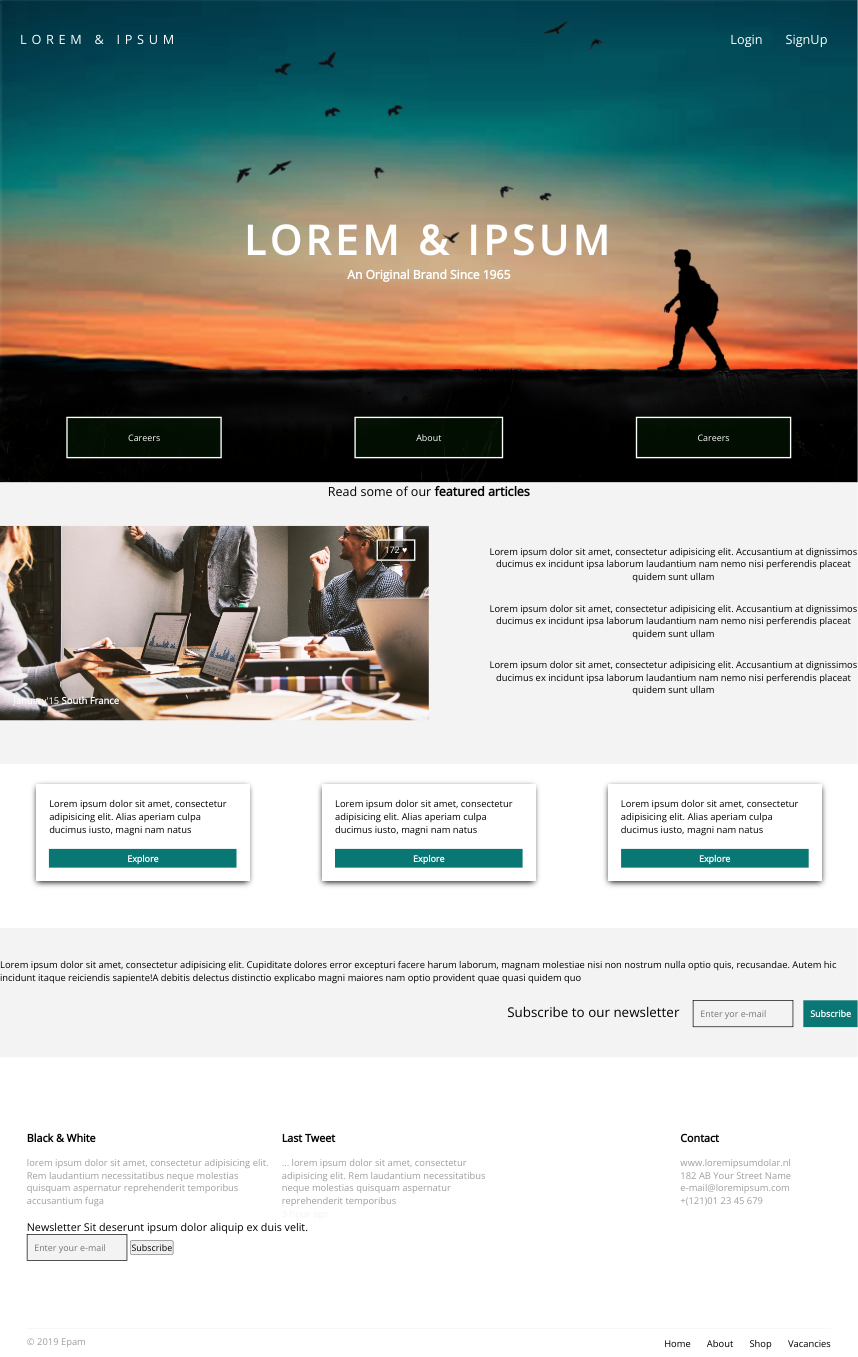
Repository: M1shkaBear/FLX
Page: FLX_homework_4/homework/index.html
These files come from the project's save history. The page is drawn as it stood at one moment and after the next save; the edit follows.
The browser window is 1280 px wide. The pictures show the whole page, at 67% of full size.

Above is the page before, as saved 2019-01-29 23:37:51.

### FLX_homework_4/homework/index.html
<!DOCTYPE html>
<html lang="en">
  <head>
    <meta charset="UTF-8" />
    <meta name="viewport" content="width=device-width, initial-scale=1.0" />
    <meta http-equiv="X-UA-Compatible" content="ie=edge" />
    <title>Document</title>
    <link
      href="https://fonts.googleapis.com/css?family=Open+Sans"
      rel="stylesheet"
    />
    <link href="css/style.css" rel="stylesheet" />
  </head>
  <body>
    <header class="header">
      <section class="topHeader">
        <section class="words">Lorem &amp; ipsum</section>
        <section class="logbuttons">
          <button class="logbtn">Login</button>
          <button class="subtn">SignUp</button>
        </section>
      </section>
      <section class="heads">
        <section class="nameHeader"><h1>Lorem &amp; ipsum</h1></section>
        <section class="addWords">
          <h3>An Original Brand Since 1965</h3>
        </section>
      </section>
      <section class="btnContainer">
        <button class="btns">Careers</button>
        <button class="btns">About</button>
        <button class="btns">Careers</button>
      </section>
    </header>

    <main class="main">
      <section id="frstarticle">
        <h3>Read some of our <b>featured articles</b></h3>
        <div class="information">
          <div class="photo">
            <p>January'15 <b>South France</b></p>
            <button class="like">172 &#x2665;</button>
          </div>
          <div class="paragers">
            <p>
              Lorem ipsum dolor sit amet, consectetur adipisicing elit.
              Accusantium at dignissimos ducimus ex incidunt ipsa laborum
              laudantium nam nemo nisi perferendis placeat quidem sunt ullam
            </p>
            <p>
              Lorem ipsum dolor sit amet, consectetur adipisicing elit.
              Accusantium at dignissimos ducimus ex incidunt ipsa laborum
              laudantium nam nemo nisi perferendis placeat quidem sunt ullam
            </p>
            <p>
              Lorem ipsum dolor sit amet, consectetur adipisicing elit.
              Accusantium at dignissimos ducimus ex incidunt ipsa laborum
              laudantium nam nemo nisi perferendis placeat quidem sunt ullam
            </p>
          </div>
        </div>
      </section>
      <div id="second">
        <div class="things">
          <div class="this">
            <p>
              Lorem ipsum dolor sit amet, consectetur adipisicing elit. Alias
              aperiam culpa ducimus iusto, magni nam natus
            </p>
            <button class="thisbtn">Explore</button>
          </div>
          <div class="this">
            <p>
              Lorem ipsum dolor sit amet, consectetur adipisicing elit. Alias
              aperiam culpa ducimus iusto, magni nam natus
            </p>
            <button class="thisbtn">Explore</button>
          </div>
          <div class="this">
            <p>
              Lorem ipsum dolor sit amet, consectetur adipisicing elit. Alias
              aperiam culpa ducimus iusto, magni nam natus
            </p>
            <button class="thisbtn">Explore</button>
          </div>
        </div>
      </div>
      <div id="subscribe">
        <div class="wrapper">
          <div class="subscribe-text">
            <p>
              Lorem ipsum dolor sit amet, consectetur adipisicing elit.
              Cupiditate dolores error excepturi facere harum laborum, magnam
              molestiae nisi non nostrum nulla optio quis, recusandae. Autem hic
              incidunt itaque reiciendis sapiente!A debitis delectus distinctio
              explicabo magni maiores nam optio provident quae quasi quidem quo
            </p>
          </div>
          <div class="subscribe-form">
            <label
              >Subscribe to our <span class="text-bold">newsletter</span>
              <input type="email" placeholder="Enter yor e-mail" />
            </label>
            <button class="btn-subscribe">Subscribe</button>
          </div>
        </div>
      </div>
    </main>

    <footer class="footer">
      <section class="about">
        <section class="paragraphs">
          <div>
            <h2>Black &amp; White</h2>
            <p>
              lorem ipsum dolor sit amet, consectetur adipisicing elit. Rem
              laudantium necessitatibus neque molestias quisquam aspernatur
              reprehenderit temporibus accusantium fuga
            </p>
          </div>
          <div>
            <h2>Last Tweet</h2>
            <p>
              ... lorem ipsum dolor sit amet, consectetur adipisicing elit. Rem
              laudantium necessitatibus neque molestias quisquam aspernatur
              reprehenderit temporibus <br />
              <span>3 hour ago</span>
            </p>
          </div>
          <div>
            <h2>Contact</h2>
            <p>
              www.loremipsumdolar.nl <br />
              182 AB Your Street Name <br />
              e-mail&#64;loremipsum.com <br />
              +(121)01 23 45 679
            </p>
          </div>
        </section>
        <section class="news">
          <p>Newsletter Sit deserunt ipsum dolor aliquip ex duis velit.</p>
          <form class="subscribe">
            <input
              class="emailvpiska"
              type="email"
              placeholder="Enter your e-mail"
            />
            <button class="button">Subscribe</button>
          </form>
        </section>
      </section>

      <div class="footer-navigation">
        <p>&copy; 2019 Epam</p>
        <nav>
          <a href="#">Home</a> <a href="#">About</a> <a href="#">Shop</a>
          <a href="#">Vacancies</a>
        </nav>
      </div>
    </footer>
  </body>
</html>

### FLX_homework_4/homework/css/style.css
* {
  padding: 0;
  margin: 0;
  box-sizing: border-box;
  font-family: "Open Sans", sans-serif;
}
.header {
  background-image: url("../img/sample2.jpg");
  background-size: cover;
  height: 100vh;
}
.topHeader {
  display: flex;
  justify-content: space-between;
  align-items: center;
  padding: 30px;
}
.logbtn,
.subtn {
  color: white;
  border: 0px;
  background-color: Transparent;
  cursor: pointer;
  justify-content: space-between;
  font-size: 19px;
  padding: 15px;
}

.words {
  color: white;
  font-size: 19px;
  letter-spacing: 7px;
  text-transform: uppercase;
}
.heads {
  display: flex;
  flex-direction: column;
  align-items: center;
  padding: 200px;
}
.btnContainer {
  display: flex;
  justify-content: space-around;
}
.btns {
  border: 2px solid white;
  cursor: pointer;
  background: rgba(6, 36, 7, 0.39);
  padding: 20px 90px;
  color: white;
}
.nameHeader h1 {
  text-transform: uppercase;
  color: white;
  letter-spacing: 7px;
  font-size: 60px;
}
.addWords h3 {
  color: white;
  font-size: 18px;
}

main #frstarticle {
  background-color: #f3f3f3;
  padding-bottom: 65px;
}
main #frstarticle h3 {
  text-align: center;
  font-weight: 100;
  margin-bottom: 40px;
}
main #frstarticle .information {
  display: flex;
  justify-content: space-between;
  align-items: center;
}
main #frstarticle .information .photo {
  position: relative;
  width: 50%;
  height: 290px;
  background: url(../img/sample.jpg) no-repeat top/cover;
  display: flex;
  align-items: flex-end;
  padding: 20px;
}
main #frstarticle .information .photo p {
  color: #fff;
  font-weight: 100;
  font-size: 14px;
}
main #frstarticle .information .photo .like {
  position: absolute;
  top: 20px;
  right: 20px;
  border: 2px solid #fff;
  color: #fff;
  background-color: rgba(0, 0, 0, 0.5);
  padding: 5px 10px;
  cursor: pointer;
}
main #frstarticle .information .paragers {
  text-align: center;
  width: 50%;
  padding: 20px 0 0 90px;
  font-size: 14px;
}
main #frstarticle .information .paragers p {
  margin-bottom: 5%;
}
main .things {
  padding: 30px 0 70px 0;
  display: flex;
  justify-content: space-around;
  align-items: center;
}
main .things .this {
  width: 320px;
  padding: 20px;
  font-size: 14px;
  box-shadow: 0 3px 9px -2px;
}
main .things .this .thisbtn {
  width: 100%;
  border: none;
  color: #fff;
  background-color: #097774;
  padding: 5px;
  font-weight: bold;
  margin-top: 20px;
  cursor: pointer;
}
main #subscribe {
  background-color: #f3f3f3;
  padding: 45px 0;
}
main #subscribe .subscribe-text {
  font-size: 14px;
}
main #subscribe .subscribe-form {
  display: flex;
  justify-content: flex-end;
  padding-top: 25px;
}
main #subscribe .subscribe-form label {
  font-size: 20px;
}
main #subscribe .subscribe-form input {
  margin: 0 15px;
}

input {
  width: 150px;
  padding: 10px;
  border: 1px solid #000;
  background-color: #f3f3f3;
}

.btn-subscribe {
  border: none;
  color: #fff;
  background-color: #097774;
  padding: 10px;
  font-weight: bold;
  cursor: pointer;
}
footer {
  padding: 110px 40px 0;
}
footer .paragraphs {
  display: flex;
  justify-content: space-between;
}
footer .footer-information > div {
  margin-right: 15px;
}

footer .paragraphs > div:last-child {
  margin-left: 250px;
  width: 55%;
}

footer .paragraphs > div h2 {
  font-size: 16px;
  margin-bottom: 15px;
}

footer .paragraphs > div p {
  color: #9e9e9e;
  font-size: 14px;
}

footer .paragraphs > div p span {
  color: #f3f3f3;
}

footer .footer-navigation {
  display: flex;
  justify-content: space-between;
  padding: 10px 0 10px;
  border-top: 1px solid #f3f3f3;
  margin-top: 100px;
}

footer .footer-navigation p {
  color: #9e9e9e;
  font-size: 14px;
}

footer .footer-navigation nav a {
  text-decoration: none;
  margin-left: 20px;
  color: #000000;
  font-size: 14px;
}

After the next save:
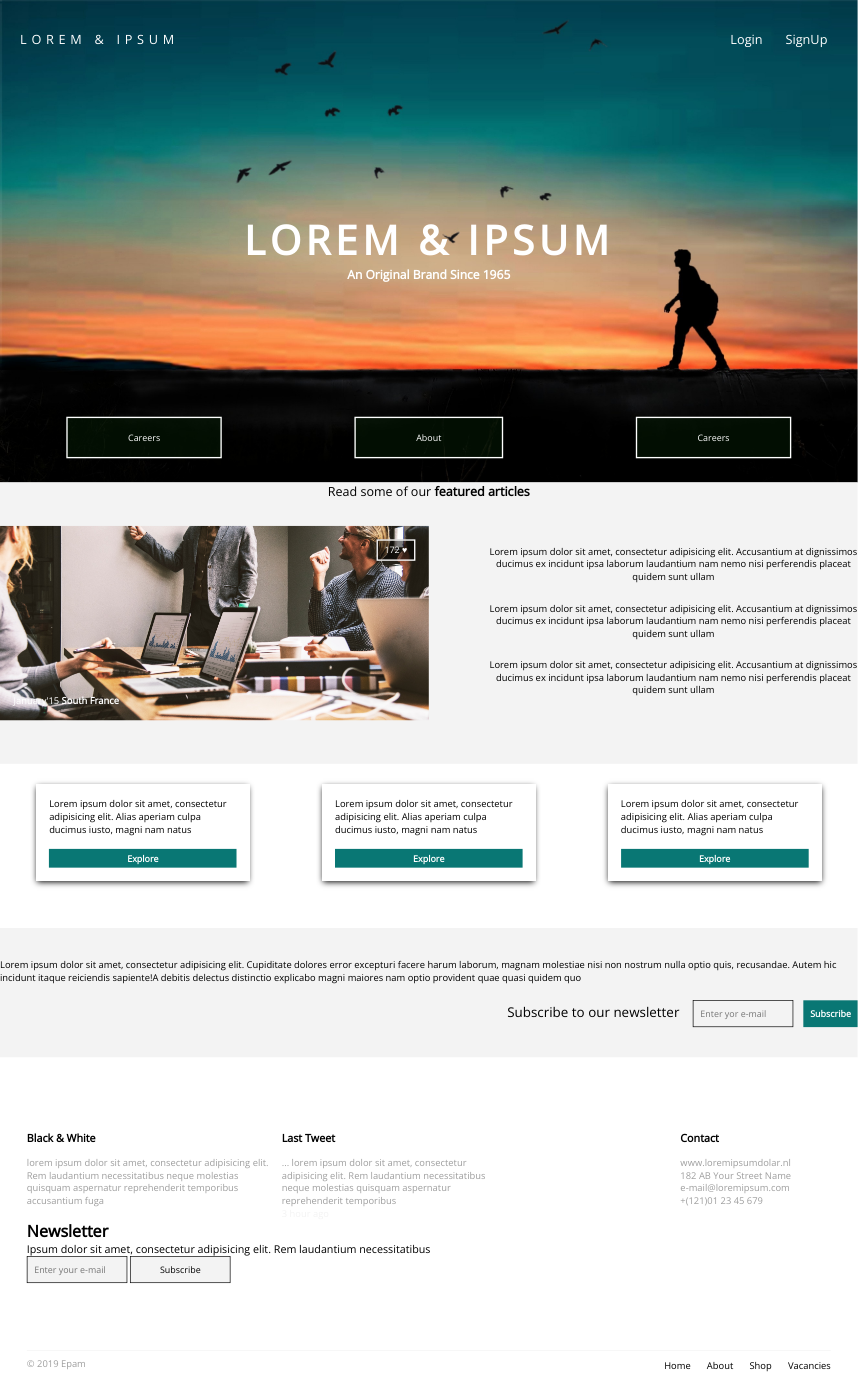
Saved 94 s later.
--- a/FLX_homework_4/homework/index.html
+++ b/FLX_homework_4/homework/index.html
@@ -137,17 +137,15 @@
             </p>
           </div>
         </section>
-        <section class="news">
-          <p>Newsletter Sit deserunt ipsum dolor aliquip ex duis velit.</p>
-          <form class="subscribe">
-            <input
-              class="emailvpiska"
-              type="email"
-              placeholder="Enter your e-mail"
-            />
-            <button class="button">Subscribe</button>
-          </form>
-        </section>
+        <div>
+            <h2>Newsletter</h2>
+            <p>Ipsum dolor sit amet, consectetur adipisicing elit. Rem laudantium necessitatibus</p>
+            <form action="#">
+              <input class="e-mailo" type="email" placeholder="Enter your e-mail">
+              <input class="subsic" type="submit" value="Subscribe">
+            </form>
+          </div>
+        </div>
       </section>
 
       <div class="footer-navigation">
